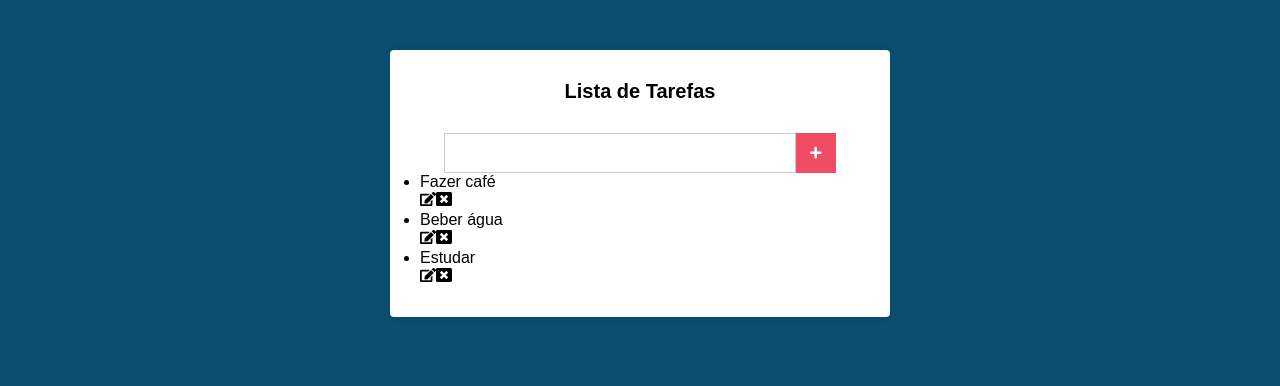
Repository: FellipeMiguel/lista-de-tarefas
Page: /
The author's editor kept a copy of each file at every save. The page is drawn from the files as they stood at one save, then again after the next save.
The browser window is 1280 px wide. The pictures show the whole page.
The project was rebuilt for these pictures with package versions that can differ from the ones it lists, and the page was loaded fresh each time.

Above is the page before, as saved 2023-06-14 23:43:24.

After the next save:
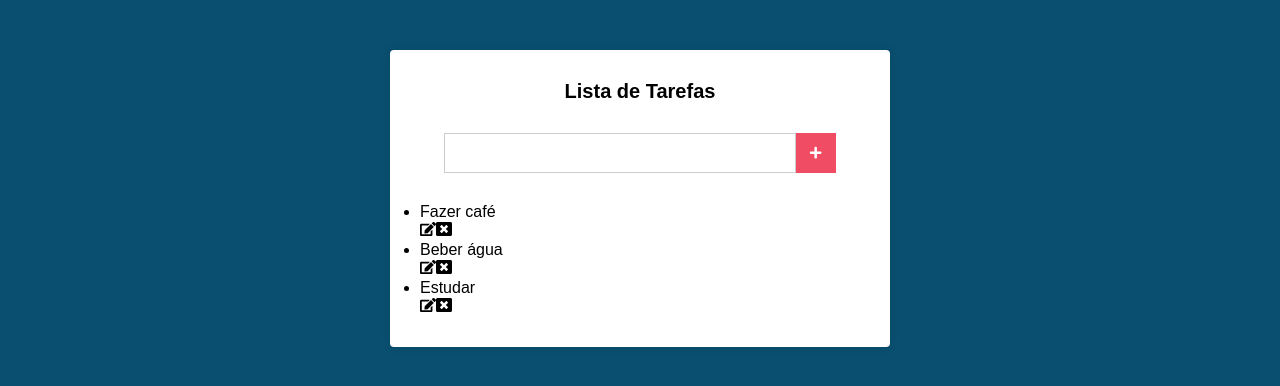
Saved 32 s later.
--- a/src/components/Main.css
+++ b/src/components/Main.css
@@ -37,3 +37,7 @@
   align-items: center;
   justify-content: center;
 }
+
+.tasks {
+  margin-top: 30px;
+}
